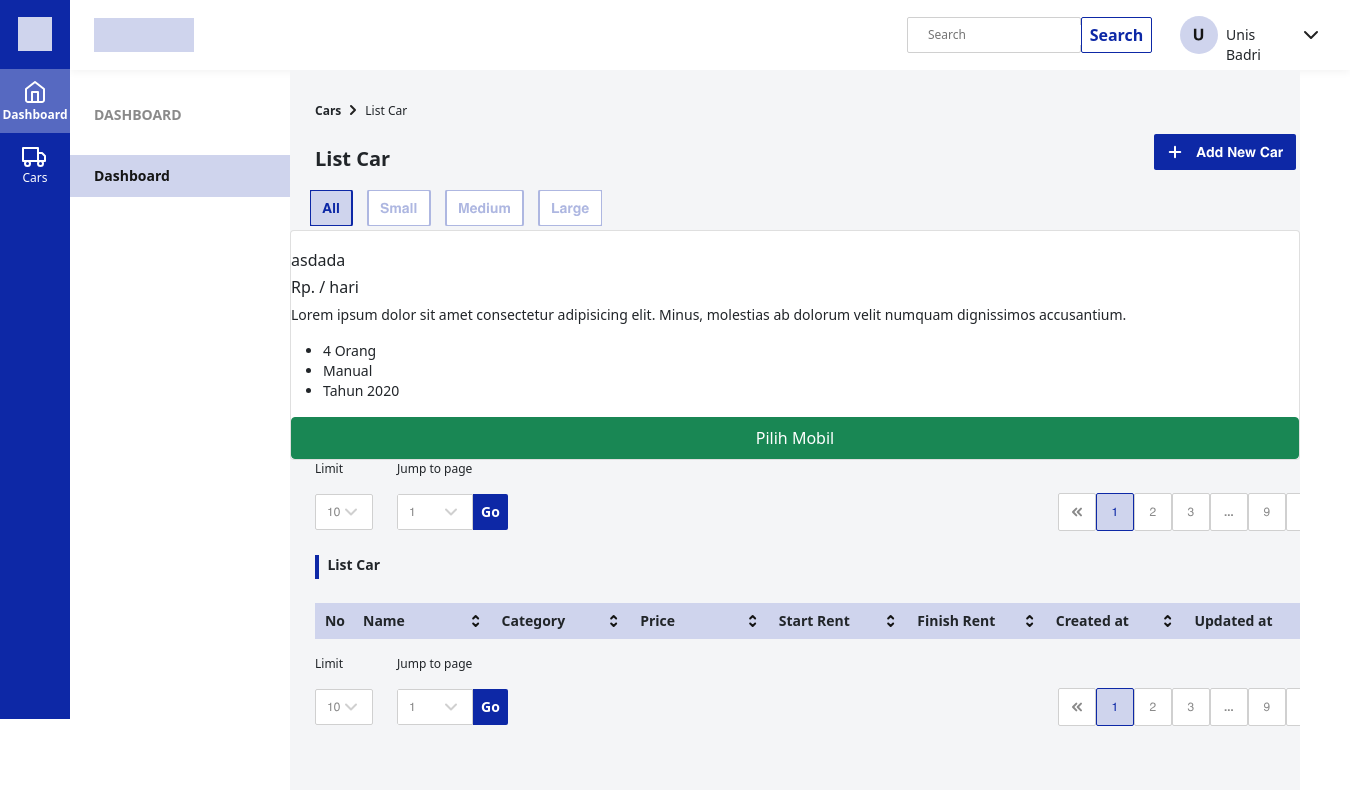
Repository: farrelmuhammad/challenge-7-binar
Page: /carlist
An editor plug-in stored every save of this project. The page is shown before and after the next save, followed by the edit.
The browser window is 1280 px wide. The page is 1350 px wide, so the pictures cover 1350 px, including what lies to the right of the window. The pictures show the whole page.
The project was rebuilt for these pictures with package versions that can differ from the ones it lists, and the page was loaded fresh each time. Also part of the build but not shown: src/component/navbar.js, src/component/header.js, src/component/footer.js, src/App.js, src/component/admin/Dashboard/index.jsx, src/pages/admin/Dashboard.js, src/component/searchForm.js, src/pages/cars.js.

Above is the page before, as saved 2022-05-27 19:40:36.

### src/index.js
import React from 'react';
import { BrowserRouter } from 'react-router-dom';
import { createRoot } from 'react-dom/client';
import { Provider } from 'react-redux';
import { store } from './app/store';
import reportWebVitals from './reportWebVitals';
import './index.css';
import RouteApp from './Routes'

const container = document.getElementById('root');
const root = createRoot(container);

root.render(
  <React.StrictMode>
    <Provider store={store}>
      <BrowserRouter>
        <RouteApp />
      </BrowserRouter>
    </Provider>
  </React.StrictMode>
);

// If you want to start measuring performance in your app, pass a function
// to log results (for example: reportWebVitals(console.log))
// or send to an analytics endpoint. Learn more: https://bit.ly/CRA-vitals
reportWebVitals();

### src/index.css
body {
  font-family: Helvetica Neue, Helvetica, Arial, sans-serif;
  font-style: normal;
  font-weight: normal;
  font-size: 14px;
  line-height: 20px;
  margin: 0;
  padding: 0;
}

h1,
h2,
h3,
h4,
h5 {
  line-height: 150%;
}

.header{
  background-color: #F1F3FF;
}

.footer i {
  color: #0D28A6;
  font-size: x-large;
}

.bg-darkblue{
  background-color: #0D28A6;
}

.logo {
  background-color: #0D28A6;
  width: 100px;
  height: 34px;
}

code {
  font-family: source-code-pro, Menlo, Monaco, Consolas, 'Courier New',
    monospace;
}

.card-cari {
  width: 1047px;
  /* height: 106px; */
  margin-top: -50px;
  z-index: 2;
}
.button-cari {
  width: 92px !important;
  margin-top: 30px;
  height: 36px;
}
.activeCari {
  height: 100%;
  width: 0;
  position: fixed;
  z-index: 2;
  top: 0;
  left: 0;
  background-color: rgba(0, 0, 0, 0.5);
  overflow-x: hidden;
  transition: 0.5s;
  padding-top: 34px;
}

### src/Routes.js
import App from './App';
import React from 'react';
import Dashboard from '../src/pages/admin/Dashboard'
import CarList from '../src/pages/admin/CarsList'
import Cars from './pages/cars'
import { Routes, Route } from 'react-router-dom';

const RouteApp = () => {

    return (
        <>
            <Routes>
                <Route path="/" element={<App />} />
                <Route path="/dashboard" element={<Dashboard />} />
                <Route path="*" element={<h1 style={{ fontSize: "48px", textAlign: "center", paddingTop: "250px" }}>Error 404</h1>} />
                <Route path='/cars' element={<Cars />} />
                <Route path='/carlist' element={<CarList />} />
            </Routes>
        </>
    )
}

export default RouteApp;

### src/pages/admin/CarsList.js
import React from 'react'
import Navbar from '../../component/admin/Navbar'
import CarsListContent from '../../component/admin/Cars'

function Dashboard() {
  return (
    <>
        <Navbar />
        <CarsListContent />
    </>
  )
}

export default Dashboard

### src/component/admin/Navbar.jsx
import { Link } from 'react-router-dom';
import './Navbar.css';

const Navbar = () => {
  return (
    <header>
      {/* navbar top */}
      <div className="nav-top navbar">
        <div className="logo"></div>
        <span
          className="icon-menu iconify"
          data-icon="charm:menu-hamburger"
          data-width="24"
        ></span>
        <form className="nav-search d-flex">
          <div className="box-search">
            <span
              className="iconify"
              data-icon="akar-icons:search"
              data-width="18"
            ></span>
            <input type="search" placeholder="Search" />
          </div>
          <button className="button-search" type="submit">
            Search
          </button>
        </form>
        <div className="profile">
          <img src="img/profile.svg" alt="profile" />
          <p>Unis Badri</p>
          <img className="dropdown" src="img/dropdown.svg" alt="dropdown" />
        </div>
      </div>

      {/* navbar side */}
      <div className="nav-side">
        <div className="nav-blue">
          <div className="square"></div>
          <div className="frame-menu">
            <div className="dash-img" id="active">
              <a href="/dashboard">
                <img src="/img/dashboard.svg" alt="dashboard" />
              </a>
              <a href="/dashboard">Dashboard</a>
            </div>
            <div className="dash-img">
              <Link to="/carlist">
              <a>
                <img src="/img/cars.svg" alt="cars" />
                Cars
              </a>
              </Link>
            </div>
          </div>
        </div>
        <div className="nav-white">
          <div className="title-menu">
            <h1>DASHBOARD</h1>
          </div>
          <div className="list-menu">
            <h1>Dashboard</h1>
          </div>
        </div>
      </div>
    </header>
  );
};

export default Navbar;

### src/component/admin/Cars/index.jsx

import { Link } from "react-router-dom";
import "./Content.css";

const CarsListContent= () => {

  return (
    <>
      <div className="content">
        <div className="breadcrumb">
          <h1>Cars</h1>
          <img src="img/arrow-right.svg" alt="arrow-right" />
          <p>List Car</p>
        </div>
        <div className="row">
            <div className="col">
                <h1 className="title-h1">List Car</h1>
            </div>
            <div className="col mt-5 p-3 text-end">
                <img src="img/btn-addcar.svg" alt="add new"/>
            </div>
        </div>
        <div className="breadcumb ms-3 p-1">
          <img src="img/breadcumb carlist.svg" alt="" />
        </div>

        {/* order table */}
        <div className="card">
        <div className="image">
            <img src="" alt="" />
        </div>
        <div className="info">
            <h6>asdada</h6>
            <h6 className="price">Rp. / hari</h6>
            <p>Lorem ipsum dolor sit amet consectetur adipisicing elit. Minus, molestias ab dolorum velit numquam dignissimos accusantium.</p>
            <ul>
                <li>4 Orang</li>
                <li>Manual</li>
                <li>Tahun 2020</li>
            </ul>
            <Link to='/' className="btn btn-success nav-link text-white">Pilih Mobil</Link>
        </div>
    </div>

        {/* table navigation */}
        <div className="table-nav">
          <div className="limit-nav">
            <p>Limit</p>
            <img src="img/form-drop.svg" alt="form-drop" />
          </div>
          <div className="jump-nav">
            <p>Jump to page</p>
            <img src="img/form-drop-2.svg" alt="form-drop-2" />
          </div>
          <div className="go-nav">
            <h1>Go</h1>
          </div>
          <div className="page-number">
            <img src="img/page-number.svg" alt="page-number" />
          </div>
        </div>

        <div className="list-car">
          <img src="img/line-blue.svg" alt="" />
          <h1>List Car</h1>
        </div>
        {/* car table */}
        <div className="list-table">
          <table className="table table-borderless">
            <thead>
              <tr>
                <th style={{ textAlign: "center" }}>No</th>
                <th>
                  Name
                  <img className="sort" src="img/sort.svg" alt="sort" />
                </th>
                <th>
                  Category
                  <img className="sort" src="img/sort.svg" alt="sort" />
                </th>
                <th>
                  Price
                  <img className="sort" src="img/sort.svg" alt="sort" />
                </th>
                <th>
                  Start Rent
                  <img className="sort" src="img/sort.svg" alt="sort" />
                </th>
                <th>
                  Finish Rent
                  <img className="sort" src="img/sort.svg" alt="sort" />
                </th>
                <th>
                  Created at
                  <img className="sort" src="img/sort.svg" alt="sort" />
                </th>
                <th>
                  Updated at
                  <img className="sort" src="img/sort.svg" alt="sort" />
                </th>
              </tr>
            </thead>
            <tbody>
              {/* {dataCarAdmin?.map((car, i) => (
                <>
                  <tr>
                    <td key={car.id} style={{ textAlign: "center" }}>
                      {i + 1}
                    </td>
                    <td>{car.name}</td>
                    <td>{car.category}</td>
                    <td>{car.price}</td>
                    <td>{car.start_rent_at}</td>
                    <td>{car.finish_rent_at}</td>
                    <td>{car.createdAt}</td>
                    <td>{car.updatedAt}</td>
                  </tr>
                </>
              ))} */}
            </tbody>
          </table>
        </div>

        {/* table navigation */}
        <div className="table-nav">
          <div className="limit-nav">
            <p>Limit</p>
            <img src="img/form-drop.svg" alt="form-drop" />
          </div>
          <div className="jump-nav">
            <p>Jump to page</p>
            <img src="img/form-drop-2.svg" alt="form-drop-2" />
          </div>
          <div className="go-nav">
            <h1>Go</h1>
          </div>
          <div className="page-number">
            <img src="img/page-number.svg" alt="page-number" />
          </div>
        </div>
      </div>
    </>
  );
};

export default CarsListContent

### src/component/admin/Navbar.css
h1 {
    font-size: 14px;
    line-height: 20px;
}

header .nav-top {
    position: absolute;
    width: 1280px;
    height: 70px;
    left: 70px;
    right: 0;
    top: 0px;
    box-shadow: 0px 2px 8px rgba(0, 0, 0, 0.05);
}

header .nav-top .logo {
    position: absolute;
    width: 100px;
    height: 34px;
    left: 24px;
    top: 18px;
    background: #CFD4ED;
}

header .nav-top .icon-menu {
    position: absolute;
    width: 24px;
    height: 24px;
    left: 244px;
    top: 23px;
}

header .nav-top .nav-search {
    display: flex;
    flex-direction: row;
    align-items: flex-start;
    padding: 0px;
    position: absolute;
    width: 245px;
    height: 36px;
    left: 837px;
    top: 17px;
}

header .nav-top .nav-search .box-search {
    display: flex;
    flex-direction: row;
    align-items: center;
    padding-left: 12px;
    width: 174px;
    height: 36px;
    border: 1px solid #D0D0D0;
    border-radius: 2px;
    font-size: 12px;
    line-height: 18px;
    color: #8A8A8A;
}

header .nav-top .nav-search .box-search > input {
    border: none;
    outline: none;
    padding-left: 8px;
}

header .nav-top .nav-search .button-search {
    display: flex;
    flex-direction: row;
    justify-content: center;
    align-items: center;
    padding: 8px 12px;
    width: 71px;
    height: 36px;
    background-color: white;
    border: 1px solid #0D28A6;
    border-radius: 2px;
    font-weight: 700;
    color:#0D28A6;
}

header .nav-top .profile {
    display: flex;
    flex-direction: row;
    align-items: center;
    position: absolute;
    width: 143px;
    height: 38px;
    left: 1110px;
    right: 24px;
    top: 16px;
}

header .nav-top .profile > p {
    position: absolute;
    width: 65px;
    height: 20px;
    left: 46px;
    top: 9px;
    font-weight: 400;
    font-size: 14px;
    line-height: 20px;
}

header .nav-top .profile .dropdown {
    position: absolute;
    width: 24px;
    height: 24px;
    left: 119px;
    top: 7px;
}

header .nav-side {
    position: absolute;
    width: 290px;
    height: 100%;
    left: 0px;
    top: -1px;
}

header .nav-side .nav-blue {
    position: absolute;
    left: 0%;
    right: 75.86%;
    top: 0%;
    bottom: 0%;
    background: #0D28A6;
}

header .nav-side .nav-blue .square {
    position: absolute;
    width: 34px;
    height: 34px;
    left: 18px;
    top: 18px;
    background: #CFD4ED;
}

header .nav-side .nav-blue .frame-menu {
    display: flex;
    flex-direction: column;
    align-items: flex-start;
    padding: 0px;
    position: absolute;
    width: 70px;
    height: 128px;
    left: 0px;
    top: 70px;
}

header .nav-side .nav-blue .frame-menu .dash-img {
    display: flex;
    flex-direction: column;
    justify-content: center;
    align-items: center;
    padding: 20px 23px;
    position: static;
    width: 70px;
    height: 64px;
    left: 0px;
    top: 0px;
}

#active {
    font-weight: 700;
    background: rgba(255, 255, 255, 0.3);
}

header .nav-side .nav-blue .frame-menu .dash-img a {
    font-size: 12px;
    line-height: 18px;
    margin-top: 2px;
    text-decoration: none;
    color: white;
}

header .nav-side .nav-blue img:last-child {
    margin-top: 0;
}

header .nav-side .nav-white {
    position: absolute;
    left: 24.14%;
    right: 0%;
    top: 7.76%;
    bottom: 0.22%;
}

header .nav-side .nav-white .title-menu {
    position: absolute;
    width: 220px;
    height: 42px;
    left: 24px;
    top: 50px;
}

header .title-menu h1 {
    font-weight: 700;
    color: #8A8A8A;
    left: 24px;
}

header .nav-side .nav-white .list-menu {
    position: static;
    margin-top: 100px;
    width: 220px;
    height: 42px;
    padding: 11px 24px;
    background: #CFD4ED;
}

header .list-menu h1 {
    font-weight: 700;
    color: #151515;
    left: 24px;
}

### src/component/admin/Dashboard/Content.css
.content {
    position: absolute;
    overflow: auto;
    left: 290px;
    top: 70px;
    /* width: 1280px; */
    height: 100%;
    background: #F4F5F7;
    font-size: 14px;
    line-height: 20px;
}

.content .breadcrumb {
    position: absolute;
    width: 300px;
    height: 18px;
    left: 25px;
    top: 32px;
}

.content .breadcrumb > h1 {
    font-size: 12px;
    line-height: 18px;
    font-weight: 700;
}

.content .breadcrumb > p {
    font-size: 12px;
    line-height: 18px;
    font-weight: 300;
}

.content .breadcrumb > img {
    width: 16px;
    height: 16px;
    margin-left: 4px;
    margin-right: 4px;
}

.content .title-h1 {
    font-size: 20px;
    line-height: 30px;
    font-weight: 700;
    margin-left: 25px;
    margin-top:74px;
}

.content .list-order {
    margin-top: 24px;
    position: absolute;
    width: 79px;
    height: 24px;
    margin-left: 25px;
}

.content .list-order > img {
    width: 4px;
    height: 24px;
}

.content .list-order > h1 {
    float: right;
    font-weight: 700;
    margin-left: 8px;
}

.content .list-table table {
    margin-left: 25px;
    margin-top: 72px;
    width: 100%;
    table-layout: fixed;
    background-color: white;
    border: 1px solid none;
    border-radius: 2px;
}

.content .list-table table thead {
    background-color: rgba(207, 212, 237, 1);
    font-weight: 700;
}

.content .list-table table thead th:first-child {
    width: 40px;
}

.content .list-table table thead th > img {
    float: right;
}

.content .table-nav {
    display: flex;
    flex-direction: row;
    width: 1010px;
    font-size: 12px;
    line-height: 18px;
    font-weight: 300;
}

.content .table-nav .limit-nav{
    margin-left: 25px;
}

.content .table-nav .limit-nav p {
    font-size: 12px;
    line-height: 18px;
}

.content .table-nav .jump-nav {
    margin-left: 24px;
}

.content .table-nav .jump-nav p {
    font-size: 12px;
    line-height: 18px;
}

.content .table-nav .go-nav {
    width: 43px;
    height: 36px;
    margin-top: 34px;
    background: #0D28A6;
    border-radius: 0px 2px 2px 0px;
}

.content .table-nav .go-nav > h1 {
    text-align: center;
    font-weight: bold;
    color: white;
    padding: 8px 8px;
}

.content .table-nav .page-number {
    margin-top: 33px;
    margin-left: 550px;
}

.content .list-car {
    margin-top: 24px;
    position: absolute;
    width: 65px;
    height: 24px;
    margin-left: 25px;
}

.content .list-car > img {
    width: 4px;
    height: 24px;
}

.content .list-car > h1 {
    float: right;
    font-weight: 700;
    margin-left: 8px;
}

.content .title-button-car {
    display: inline-flex;
}

.content .title-button-car > h1 {
    margin-right: 800px;
}

.content .title-button-car > a img {
    margin-top: 74px;
}

.content .button-category {
    margin-top: 24px;
    margin-left: 8px;
    display: inline-flex;
}

.content .button-category img {
    margin-left: 16px;
}

.content .cars-card {
    width: 320px;
    height: 482px;
    margin-left: 25px;
    margin-top: 24px;
    box-shadow: 0px 0px 4px rgba(0, 0, 0, 0.15);
    border-radius: 8px;
}

.content .cars-card .card-img-top {
    width: 270px;
    height: 160px;
    margin: auto;
    margin-top: 55px;
}

.content .cars-card .card-body {
    padding: 24px;
}

.content .cars-card .card-body .bold-h1 {
    font-weight: 700;
    font-size: 16px;
    line-height: 24px;
    margin-bottom: 0;
}

.content .cars-card .card-body-text {
    display: inline-flex;
    width: 303px;
    height: 20px;
    margin-top: 16px;
}

.content .cars-card .card-body-text img {
    margin-right: 8px;
    width: 20px;
    height: 20px;
}

.content .cars-card .button-card {
    display: inline-flex;
    margin-left: 8px;
    margin-top: 24px;
}

.content .cars-card .button-card img {
    width: 120px;
}

.content .cars-card .button-card img:last-child {
    margin-left: 16px;
}

.content .form-add-new-car {
    width: 1010px;
    height: 350px;
    background: white;
    margin-top: 32px;
    margin-left: 25px;
}

.content .form-add-new-car .content-form {
    padding-top: 16px;
    padding-left: 25px;
    font-weight: 300;
    font-size: 12px;
    line-height: 18px;
}

.content .form-add-new-car .content-form label {
    width: 147px;
}

.content .form-add-new-car .content-form input {
    width: 339px;
    height:auto;
    border: 1px solid #D0D0D0;
    border-radius: 2px;
    color: #8A8A8A;
    font-weight: 300;
    font-size: 12px;
    line-height: 18px;
}

.content .form-add-new-car .content-form .content-box {
    margin-left: 4px;
}

.content .form-add-new-car .content-h1 h1 {
    display: inline-flex;
    margin-left: 25px;
    margin-top: 16px;
    font-weight: 300;
    font-size: 12px;
    line-height: 18px;
}

.content .form-add-new-car .content-h1 h1:first-child {
    width: 147px;
}

.content .form-add-new-car .content-h1 h1:last-child {
    margin-left: 8px;
}

.content .button-form {
    display: inline-flex;
    margin-left: 9px;
}

.content .button-form img {
    margin-left: 16px;
    margin-top: 282px;
    margin-bottom: 40px;
}

### src/component/admin/Cars/Content.css
.content {
    position: absolute;
    overflow: auto;
    left: 290px;
    top: 70px;
    /* width: 1280px; */
    height: 100%;
    background: #F4F5F7;
    font-size: 14px;
    line-height: 20px;
}

.content .breadcrumb {
    position: absolute;
    width: 300px;
    height: 18px;
    left: 25px;
    top: 32px;
}

.content .breadcrumb > h1 {
    font-size: 12px;
    line-height: 18px;
    font-weight: 700;
}

.content .breadcrumb > p {
    font-size: 12px;
    line-height: 18px;
    font-weight: 300;
}

.content .breadcrumb > img {
    width: 16px;
    height: 16px;
    margin-left: 4px;
    margin-right: 4px;
}

.content .title-h1 {
    font-size: 20px;
    line-height: 30px;
    font-weight: 700;
    margin-left: 25px;
    margin-top:74px;
}

.content .list-order {
    margin-top: 24px;
    position: absolute;
    width: 79px;
    height: 24px;
    margin-left: 25px;
}

.content .list-order > img {
    width: 4px;
    height: 24px;
}

.content .list-order > h1 {
    float: right;
    font-weight: 700;
    margin-left: 8px;
}

.content .list-table table {
    margin-left: 25px;
    margin-top: 72px;
    width: 100%;
    table-layout: fixed;
    background-color: white;
    border: 1px solid none;
    border-radius: 2px;
}

.content .list-table table thead {
    background-color: rgba(207, 212, 237, 1);
    font-weight: 700;
}

.content .list-table table thead th:first-child {
    width: 40px;
}

.content .list-table table thead th > img {
    float: right;
}

.content .table-nav {
    display: flex;
    flex-direction: row;
    width: 1010px;
    font-size: 12px;
    line-height: 18px;
    font-weight: 300;
}

.content .table-nav .limit-nav{
    margin-left: 25px;
}

.content .table-nav .limit-nav p {
    font-size: 12px;
    line-height: 18px;
}

.content .table-nav .jump-nav {
    margin-left: 24px;
}

.content .table-nav .jump-nav p {
    font-size: 12px;
    line-height: 18px;
}

.content .table-nav .go-nav {
    width: 43px;
    height: 36px;
    margin-top: 34px;
    background: #0D28A6;
    border-radius: 0px 2px 2px 0px;
}

.content .table-nav .go-nav > h1 {
    text-align: center;
    font-weight: bold;
    color: white;
    padding: 8px 8px;
}

.content .table-nav .page-number {
    margin-top: 33px;
    margin-left: 550px;
}

.content .list-car {
    margin-top: 24px;
    position: absolute;
    width: 65px;
    height: 24px;
    margin-left: 25px;
}

.content .list-car > img {
    width: 4px;
    height: 24px;
}

.content .list-car > h1 {
    float: right;
    font-weight: 700;
    margin-left: 8px;
}

.content .title-button-car {
    display: inline-flex;
}

.content .title-button-car > h1 {
    margin-right: 800px;
}

.content .title-button-car > a img {
    margin-top: 74px;
}

.content .button-category {
    margin-top: 24px;
    margin-left: 8px;
    display: inline-flex;
}

.content .button-category img {
    margin-left: 16px;
}

.content .cars-card {
    width: 320px;
    height: 482px;
    margin-left: 25px;
    margin-top: 24px;
    box-shadow: 0px 0px 4px rgba(0, 0, 0, 0.15);
    border-radius: 8px;
}

.content .cars-card .card-img-top {
    width: 270px;
    height: 160px;
    margin: auto;
    margin-top: 55px;
}

.content .cars-card .card-body {
    padding: 24px;
}

.content .cars-card .card-body .bold-h1 {
    font-weight: 700;
    font-size: 16px;
    line-height: 24px;
    margin-bottom: 0;
}

.content .cars-card .card-body-text {
    display: inline-flex;
    width: 303px;
    height: 20px;
    margin-top: 16px;
}

.content .cars-card .card-body-text img {
    margin-right: 8px;
    width: 20px;
    height: 20px;
}

.content .cars-card .button-card {
    display: inline-flex;
    margin-left: 8px;
    margin-top: 24px;
}

.content .cars-card .button-card img {
    width: 120px;
}

.content .cars-card .button-card img:last-child {
    margin-left: 16px;
}

.content .form-add-new-car {
    width: 1010px;
    height: 350px;
    background: white;
    margin-top: 32px;
    margin-left: 25px;
}

.content .form-add-new-car .content-form {
    padding-top: 16px;
    padding-left: 25px;
    font-weight: 300;
    font-size: 12px;
    line-height: 18px;
}

.content .form-add-new-car .content-form label {
    width: 147px;
}

.content .form-add-new-car .content-form input {
    width: 339px;
    height:auto;
    border: 1px solid #D0D0D0;
    border-radius: 2px;
    color: #8A8A8A;
    font-weight: 300;
    font-size: 12px;
    line-height: 18px;
}

.content .form-add-new-car .content-form .content-box {
    margin-left: 4px;
}

.content .form-add-new-car .content-h1 h1 {
    display: inline-flex;
    margin-left: 25px;
    margin-top: 16px;
    font-weight: 300;
    font-size: 12px;
    line-height: 18px;
}

.content .form-add-new-car .content-h1 h1:first-child {
    width: 147px;
}

.content .form-add-new-car .content-h1 h1:last-child {
    margin-left: 8px;
}

.content .button-form {
    display: inline-flex;
    margin-left: 9px;
}

.content .button-form img {
    margin-left: 16px;
    margin-top: 282px;
    margin-bottom: 40px;
}

Loaded but not shown: public/index.html (common file); src/app/store.js (common file); src/reportWebVitals.js (common file); src/features/counter/counterAPI.js (common file); src/features/counter/counterSlice.js (73 lines, source omitted)

After the next save:
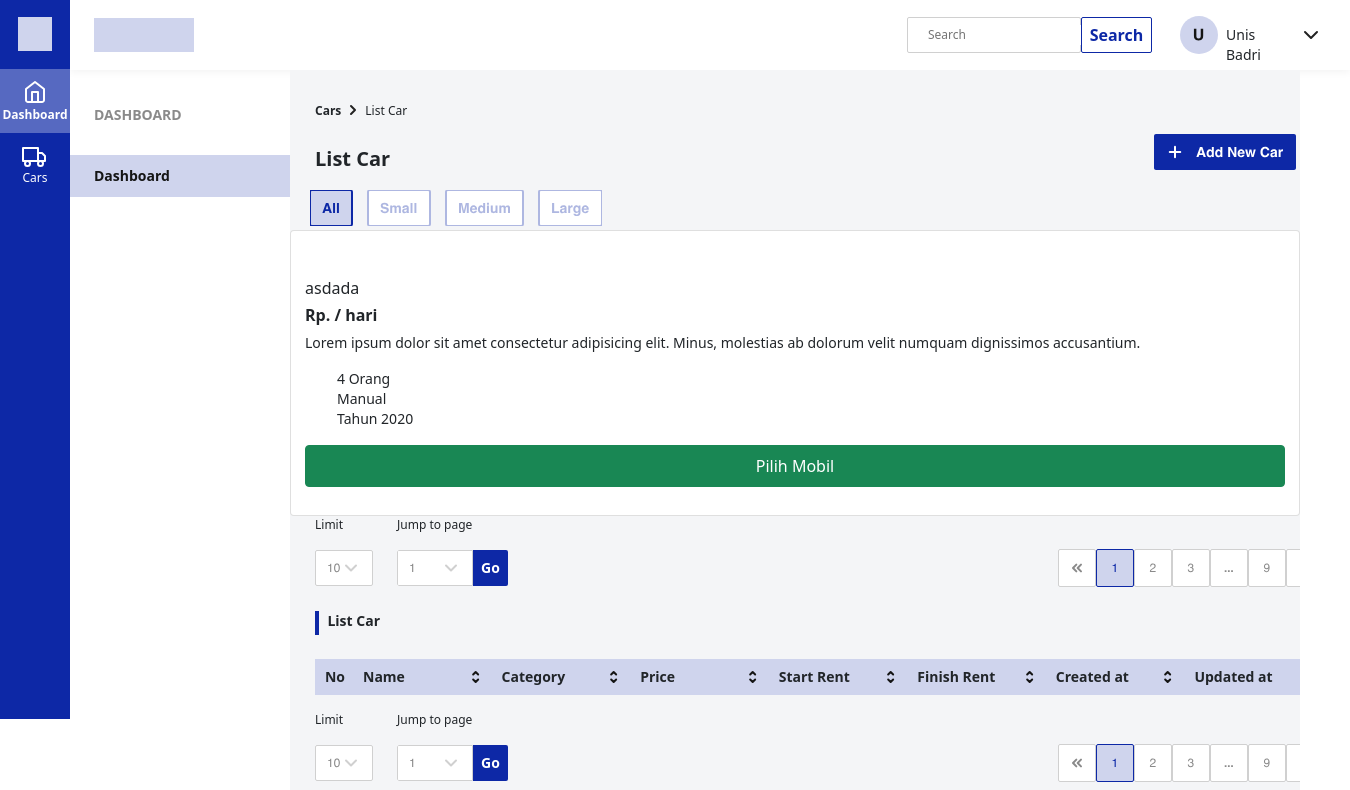
Saved 38 s later.
--- a/src/component/admin/Cars/Content.css
+++ b/src/component/admin/Cars/Content.css
@@ -291,3 +291,23 @@
     margin-top: 282px;
     margin-bottom: 40px;
 }
+
+.card {
+    padding: 1em;
+}
+
+.image img{
+    width: 100%;
+}
+
+.info {
+    padding: 1em 0;
+}
+
+.price {
+    font-weight: bold;
+}
+
+.info ul li {
+    list-style-type: none;
+}
